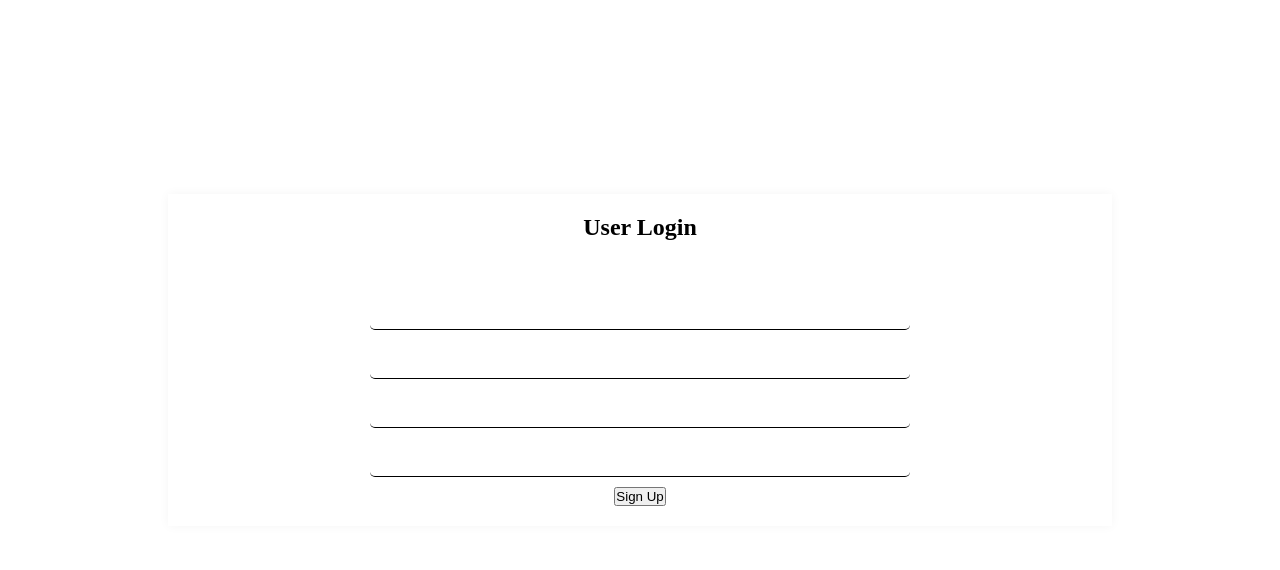
Repository: devSkhandelwal/job-search
Page: /login
An editor plug-in stored every save of this project. The page is shown before and after the next save, followed by the edit.
The browser window is 1280 px wide. The pictures show the whole page.
The project was rebuilt for these pictures with package versions that can differ from the ones it lists, and the page was loaded fresh each time. Also part of the build but not shown: src/actions/jobAction.js, src/components/FormElement/ApplyForm.js, src/containers/JobDetailsContainer.js, src/containers/JobFilterContainer.js, src/components/JobItem.js, src/components/JobList.js, src/containers/JobListContainer.js.

Above is the page before, as saved 2021-05-04 09:24:08.

After the next save:
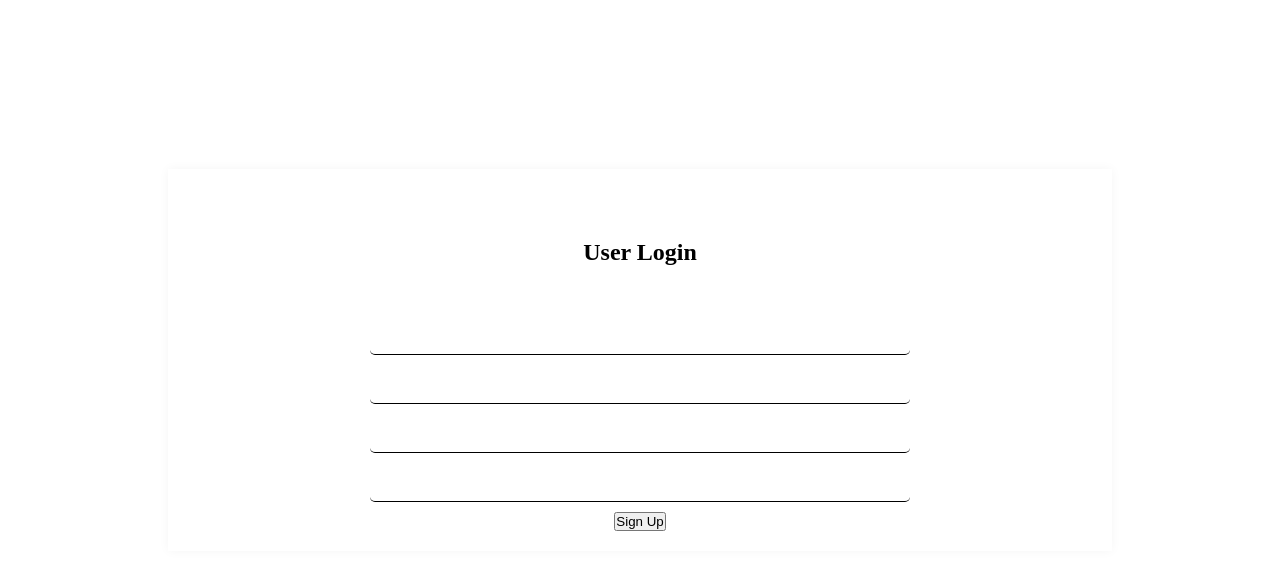
Saved 31 s later.
--- a/src/containers/LoginContainer.css
+++ b/src/containers/LoginContainer.css
@@ -11,5 +11,5 @@
 
 .login__container h2{
     text-align: center;
-    margin-bottom: 50px;
+    margin: 50px 0;
 }

After the save that followed:
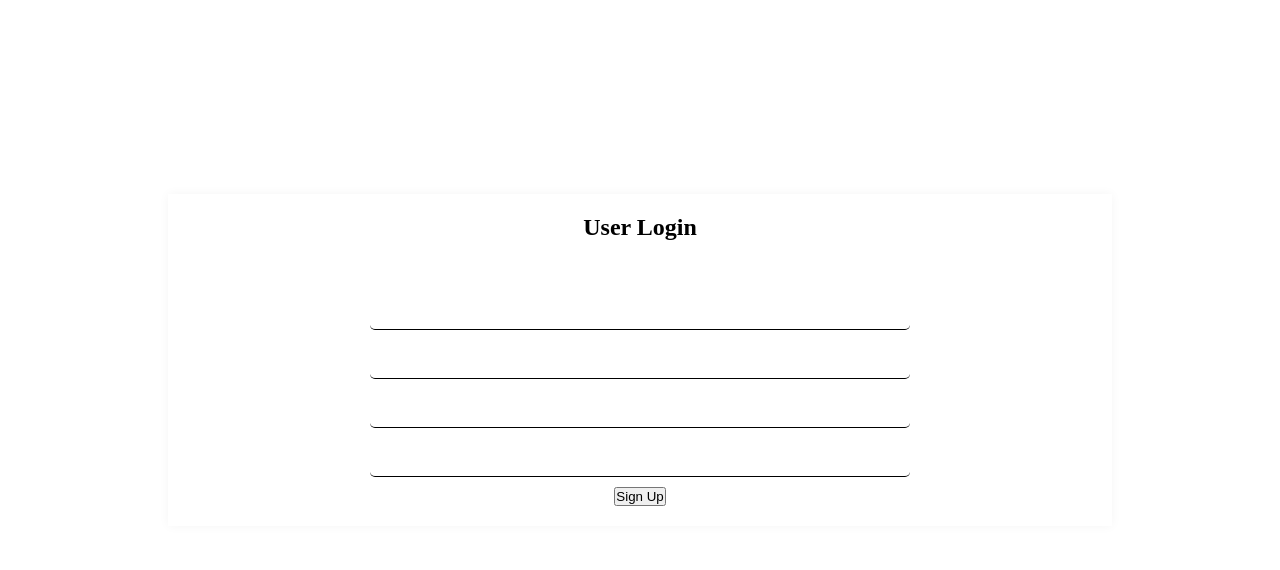
Saved 22 s later.
--- a/src/containers/LoginContainer.css
+++ b/src/containers/LoginContainer.css
@@ -11,5 +11,5 @@
 
 .login__container h2{
     text-align: center;
-    margin: 50px 0;
+    margin-bottom: 50px;
 }
